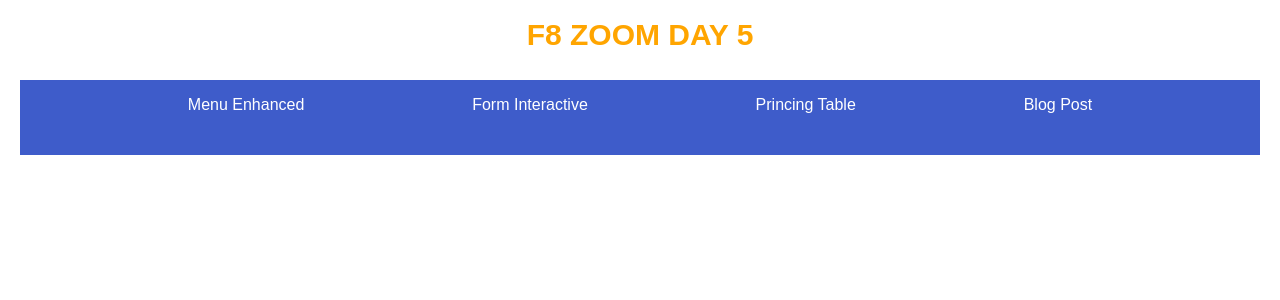
Repository: lannguyen1301/f8-zoom-day-5
Page: index.html
These files come from the project's save history. The page is drawn as it stood at one moment and after the next save; the edit follows.
The browser window is 1280 px wide. The pictures show the whole page.

Above is the page before, as saved 2025-04-21 13:22:42.

### index.html
<!DOCTYPE html>
<html lang="en">

<head>
    <meta charset="UTF-8">
    <meta name="viewport" content="width=device-width, initial-scale=1.0">
    <title>F8 ZOOM DAY 5</title>
    <link rel="stylesheet" href="./assets/css/reset.css">
    <link rel="stylesheet" href="./assets/css/style.css">
</head>

<body>
    <div class="inner">
        <h1 class="title-desc">F8 ZOOM DAY 5</h1>
        <nav style="navbar">
            <ul class="navbar__list">
                <li class="navbar__item">
                    <a href="./menu-enhanced.html" class="navbar__link" target="_blank">Menu Enhanced</a>
                </li>
                <li class="navbar__item">
                    <a href="./form-interactive.html" class="navbar__link" target="_blank">Form Interactive</a>
                </li>
                <li class="navbar__item">
                    <a href="./pricing-table.html" class="navbar__link" target="_blank">Princing Table</a>
                </li>
                <li class="navbar__item">
                    <a href="./blog-post.html" class="navbar__link" target="_blank">Blog Post</a>
                </li>
            </ul>
        </nav>
    </div>
</body>

</html>

### assets/css/style.css
* {
    box-sizing: border-box;
}

html {
    font-size: 62.5%;
}

body {
    font-size: 1.6rem;
    font-family: "poppins", sans-serif;
}

/* common*/
a {
    text-decoration: none;
}

.inner {
    margin: 0 auto;
    padding: 20px;
}

.title-desc {
    font-size: 3rem;
    text-align: center;
    font-weight: 900;
    color: orange;
}

.navbar__list {
    display: flex;
    align-items: center;
    justify-content: space-evenly;
    margin-top: 30px;
    background-color: #3e5cca;
}

.navbar__item {
    height: 50px;
}

.navbar__link {
    color: #fff;
    line-height: 50px;
    font-weight: 500;
    font-size: 1.6rem;
}

/* navbar */
nav {
    margin-top: 10px;

    height: 75px;
    background-color: #3e5cca;
}

/* ul.navbar-list {
    display: flex;
    align-items: center;
    justify-content: space-evenly;
} */

ul.navbar-list {
    text-align: center;
}

.navbar-item {
    display: inline-block;
    margin-left: -4px;
}

.nabar-link {
    line-height: 75px;
    color: #fff;

    font-weight: 500;
    padding: 0 30px;
}

.active,
.navbar-item:hover {
    background-color: #fff;
}

.navbar-item:hover > a,
.active > a {
    color: #0f0f0f;
}

Loaded but not shown: assets/css/reset.css (common file)

After the next save:
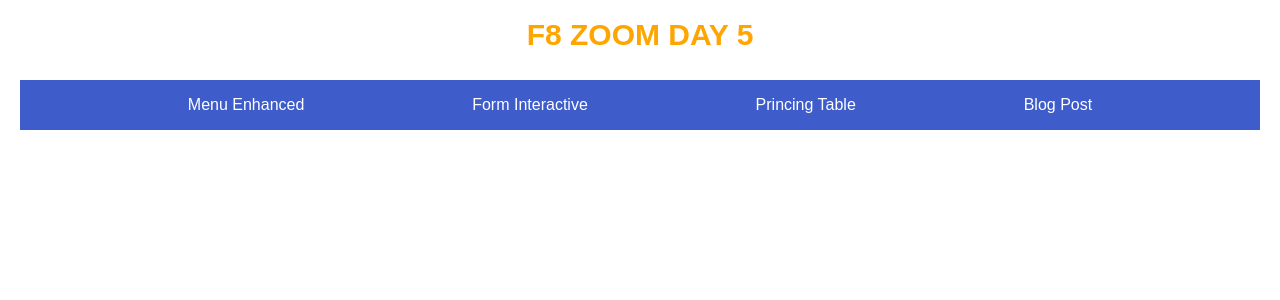
Saved 47 s later.
--- a/assets/css/style.css
+++ b/assets/css/style.css
@@ -46,44 +46,3 @@ a {
     font-weight: 500;
     font-size: 1.6rem;
 }
-
-/* navbar */
-nav {
-    margin-top: 10px;
-
-    height: 75px;
-    background-color: #3e5cca;
-}
-
-/* ul.navbar-list {
-    display: flex;
-    align-items: center;
-    justify-content: space-evenly;
-} */
-
-ul.navbar-list {
-    text-align: center;
-}
-
-.navbar-item {
-    display: inline-block;
-    margin-left: -4px;
-}
-
-.nabar-link {
-    line-height: 75px;
-    color: #fff;
-
-    font-weight: 500;
-    padding: 0 30px;
-}
-
-.active,
-.navbar-item:hover {
-    background-color: #fff;
-}
-
-.navbar-item:hover > a,
-.active > a {
-    color: #0f0f0f;
-}
